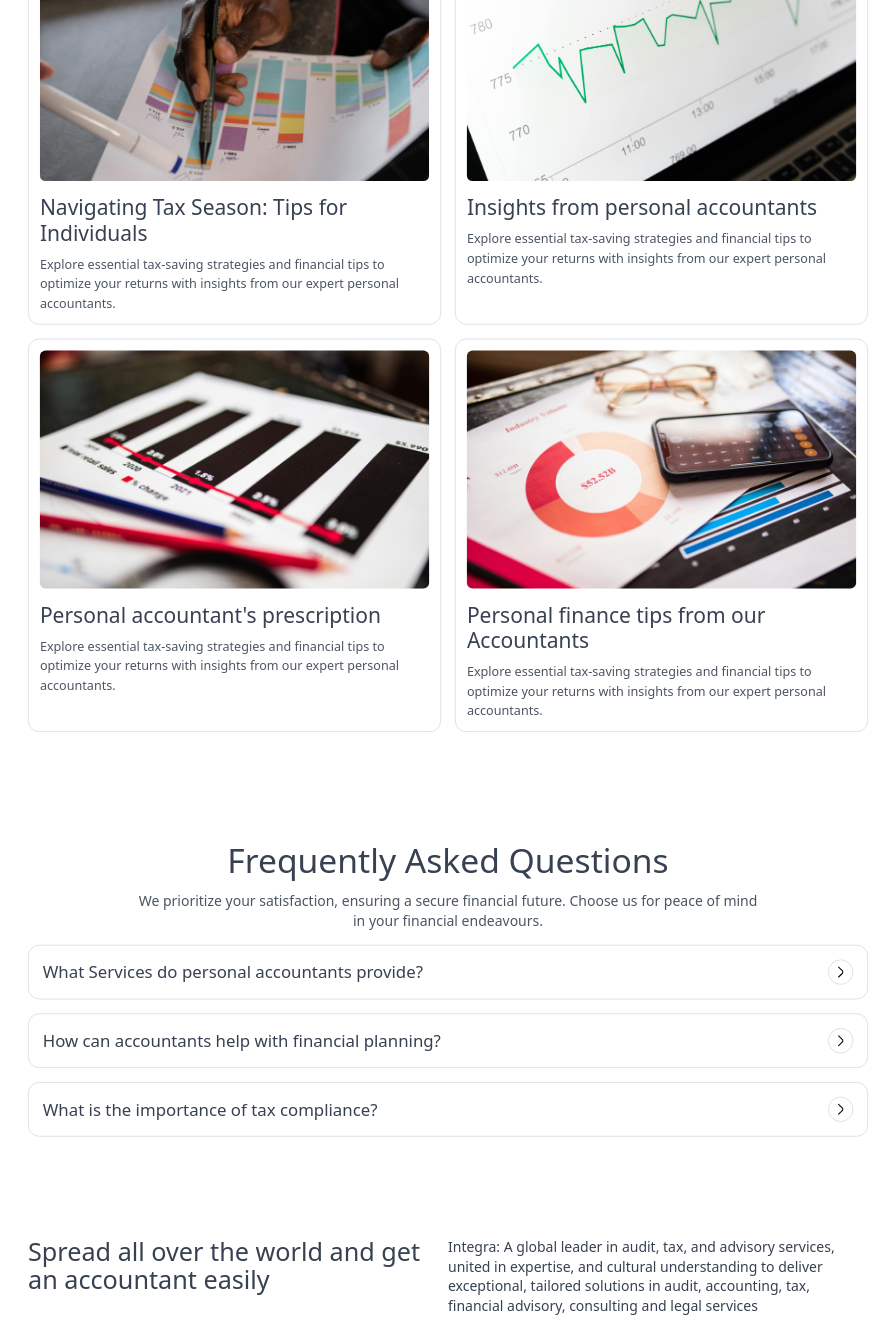
Repository: vespersolutionspk18/integrast-website
Page: /
These files come from the project's save history. The page is drawn as it stood at one moment and after the next save; the edit follows.
The browser window is 1280 px wide. The pictures show the part of the page from y = 2184 to 4104 px (the page is 4104 px tall), at 70% of full size.
The project was rebuilt for these pictures with package versions that can differ from the ones it lists, and the page was loaded fresh each time. The framework's server and built-in components were replaced by stand-ins that run in the browser. Also part of the build but not shown: next.config.ts.

Above is the page before, as saved 2024-12-12 14:41:24.

### app/layout.tsx
import type { Metadata } from "next";
import localFont from "next/font/local";
import "./globals.css";

const geistSans = localFont({
  src: "./fonts/GeistVF.woff",
  variable: "--font-geist-sans",
  weight: "100 900",
});
const geistMono = localFont({
  src: "./fonts/GeistMonoVF.woff",
  variable: "--font-geist-mono",
  weight: "100 900",
});

export const metadata: Metadata = {
  title: "Integra Strategy",
  description: "-",
};

export default function RootLayout({
  children,
}: Readonly<{
  children: React.ReactNode;
}>) {
  return (
    <html lang="en">
      <body
        className={`${geistSans.variable} ${geistMono.variable} antialiased`}
      >
        {children}
      </body>
    </html>
  );
}

### app/page.tsx
import Image from "next/image";
import Header from "./Header";
import Hero from "./Hero";
import Services from "./Services";
import Postsart from "./Postsart";
import Faqsection from "./Faqsection";
import GetinTouchSection from "./GetinTouchSection";

export default function Home() {
  return (
    <div>
      <Header />
      <Hero />
      <Services />
      <Postsart />
      <Faqsection />
      <GetinTouchSection />
    </div>
  );
}

### app/Hero.tsx
import React from 'react'
import ButtonArrowwhite from "@/public/assets/buttonarrowwhite.svg";
import ButtonArrow from "@/public/assets/buttonarrow.svg";
const Hero = () => {
  return (
    <div className="flex flex-col p-10 ">
        <div className="flex flex-row mt-24 h-[190px] gap-5 ">
            <div className="w-[55%] flex flex-col">
                <h1 className="font-light font-sans text-6xl text-gray-600">Unlock Prosperity, <span className="text-gray-800">Choose Expert Guidance</span></h1>
                <h4 className="text-xl font-sans font-light text-gray-900 mt-6">Embark on a transformative journey to financial prosperity with our personalized accountancy services</h4>
            </div>
            <div className="w-[45%] flex flex-col justify-between ">
                <h4 className="text-xl text-justify font-light font-sans text-gray-900">Unlock tailored strategies, benefit from insightful guidances, and follow a clear pathway to achieve your financial success. Elevate your financial journey with our dedicated support and expertise. Contact us today to start your journey towards financial freedom.</h4>
                <div className="flex flex-row gap-5 pt-10">
                <div>
                <div id="button"
  className="group  bg-white h-[44px] flex-row border-[1px] border-gray-700 text-gray-900 text-[16px] py-1 px-1 font-light rounded-full hidden md:flex items-center justify-between w-[170px] transition-width duration-500 ease-in-out  hover:w-[195px] hover:bg-gray-700 hover:border-gray-700 hover:text-white hover:cursor-pointer "

>
  <div className="mx-3 font-sans font-regular">Get In Touch</div>
  <div className="bg-gray-700 rounded-full h-[36px] w-[36px] flex items-center justify-center transition-transform duration-500 ease-in-out group-hover:rotate-45">
    <ButtonArrowwhite className="h-[24px] w-[24px]" />
  </div>
            </div>
                </div>
                <div>
                <div id="button"
  className="group  bg-gray-700 h-[44px] flex-row border-[1px] border-gray-700 text-white text-[16px] py-1 px-1 font-light rounded-full hidden md:flex items-center justify-between w-[170px] transition-width duration-500 ease-in-out  hover:w-[195px] hover:bg-white hover:border-gray-700 hover:text-gray-700 hover:cursor-pointer "

>
  <div className="mx-3 font-sans font-regular">Get a Quote</div>
  <div className="bg-white rounded-full h-[36px] w-[36px] flex items-center justify-center transition-transform duration-500 ease-in-out group-hover:rotate-45 group-hover:border-[1px] group-hover:border-gray-700">
    <ButtonArrow className="h-[24px] w-[24px]" />
  </div>
            </div>
                </div>

                </div>
            </div>
        </div>


        <div className="flex flex-row h-[380px] gap-4 mt-16">
            <div className="w-[70%] transition-all duration-500 ease-in-out hover:w-[90%] rounded-2xl bg-cover bg-center" style={{backgroundImage: `url('/assets/heroimage3.jpg')`}}></div>
            <div className="w-[30%] transition-all duration-500 ease-in-out hover:w-[40%] flex flex-col justify-between ">
                <div className="w-full h-full rounded-2xl bg-cover bg-center" style={{backgroundImage: `url('/assets/heroimage4.jpg')`}}></div>
                <h5 className="font-sans text-gray-900 text-justify text-xl mt-3  font-light">Tailored solutions, expert guidance, and strategic planning to secure your wealth and achieve your financial goals seamlessly</h5>
            </div>
        </div>
    </div>
  )
}

export default Hero

### app/Services.tsx
import React from 'react'
import ButtonArrowwhite from "@/public/assets/buttonarrowwhite.svg";
import ButtonArrow from "@/public/assets/buttonarrow.svg";
const Services = () => {
  return (
    <div className="flex flex-col p-10 mt-16 items-center ">
        <div className="flex flex-row items-start justify-start ">
            <div className="w-1/2 font-sans font-light text-5xl text-gray-700">We collaborate across diverse industry landscapes</div>
            <div className="w-1/2 font-sans text-gray-900 text-justify text-xl  font-light">Our commitment to fostering dynamic collaboration allows to navigate the unique challenges and intricacies of various sectors. Our versatile approach ensures tailored solutions that resonate with the distinct needs of each industry.</div>
        </div>
        <div className="flex flex-row gap-5 mt-16">
            <div className="rounded-2xl w-1/3 h-[540px] bg-cover bg-center flex items-end  " style={{backgroundImage: `url('/assets/audit.jpg')`}}>
            <div className="group">
  <div className="bg-white m-4  rounded-[12px] flex flex-col relative transition-all duration-500 ease-in-out hover:pb-[120px] min-h-[180px]">
    <h5 className="ml-5 mt-5 mr-5 mb-5 font-sans text-3xl text-gray-700 font-light">
      Accounting & Finance
    </h5>
    <p className="ml-5 mr-5 mb-5 text-justify font-sans font-light text-xl text-gray-600">
      We are committed to serving the public interest by providing objective assurance over data on which investors rely.
    </p>
    {/* Hidden div */}
    <div className="absolute bottom-5 left-5 text-xl font-sans font-light  text-gray-600 px-4 py-2 rounded-md opacity-0 invisible transition-all duration-500 group-hover:opacity-100 group-hover:visible hover:text-black hover:cursor-pointer  hover:underline">
      Learn More
    </div>
  </div>
</div>

</div>
            <div className="rounded-2xl w-1/3 h-[540px] bg-cover bg-center flex items-end" style={{backgroundImage: `url('/assets/tax.jpg')`}}>
            <div className="group">
  <div className="bg-white m-4  rounded-[12px] flex flex-col relative transition-all duration-500 ease-in-out hover:pb-[120px] min-h-[180px]">
    <h5 className="ml-5 mt-5 mr-5 mb-5 font-sans text-3xl text-gray-700 font-light">
      Tax & Legal
    </h5>
    <p className="ml-5 mr-5 mb-5 text-justify font-sans font-light text-xl text-gray-600">
      We are committed to serving the public interest by providing objective assurance over data on which investors rely.
    </p>
    {/* Hidden div */}
    <div className="absolute bottom-5 left-5 text-xl font-sans font-light  text-gray-600 px-4 py-2 rounded-md opacity-0 invisible transition-all duration-500 group-hover:opacity-100 group-hover:visible hover:text-black hover:cursor-pointer  hover:underline">
      Learn More
    </div>
  </div>
</div>
</div>
            <div className="rounded-2xl w-1/3 h-[540px] bg-cover bg-center flex items-end" style={{backgroundImage: `url('/assets/tech.jpg')`}}>
            <div className="group">
  <div className="bg-white m-4  rounded-[12px] flex flex-col relative transition-all duration-500 ease-in-out hover:pb-[120px] min-h-[180px]">
    <h5 className="ml-5 mt-5 mr-5 mb-5 font-sans text-3xl text-gray-700 font-light">
      Technology & IT
    </h5>
    <p className="ml-5 mr-5 mb-5 text-justify font-sans font-light text-xl text-gray-600">
      We are committed to serving the public interest by providing objective assurance over data on which investors rely.
    </p>
    {/* Hidden div */}
    <div className="absolute bottom-5 left-5 text-xl font-sans font-light  text-gray-600 px-4 py-2 rounded-md opacity-0 invisible transition-all duration-500 group-hover:opacity-100 group-hover:visible hover:text-black hover:cursor-pointer  hover:underline">
      Learn More
    </div>
  </div>
</div>
</div>
        </div>
        <div className="mt-8">
                <div id="button"
  className="group  bg-white h-[44px] flex-row border-[1px] border-gray-700 text-gray-900 text-[16px] py-1 px-1 font-light rounded-full hidden md:flex items-center justify-between w-[190px] transition-width duration-500 ease-in-out hover:cursor-pointer  hover:w-[215px] hover:bg-gray-700 hover:border-gray-700 hover:text-white "

>
  <div className="mx-3 font-sans font-regular">View all Services</div>
  <div className="bg-gray-700 rounded-full h-[36px] w-[36px] flex items-center justify-center transition-transform duration-500 ease-in-out group-hover:rotate-45">
    <ButtonArrowwhite className="h-[24px] w-[24px]" />
  </div>
            </div>
                </div>
    </div>
  )
}

export default Services

### app/Postsart.tsx
import React from 'react'

const Postsart = () => {
  return (
    <div className="w-full flex flex-col p-10 items-center mt-20">
        <h2 className="text-5xl font-sans text-gray-700 font-light">Posts & Articles</h2>
        <p className="font-sans text-xl text-gray-800 font-light text-center mt-5">Stay up-to-date and enahnce your financial literacy with our engaging and informative<br></br>content your key to achieving financial success</p>
        <div className="flex flex-row mt-10 gap-5 w-full">
            <div className="hover:border-black hover:cursor-pointer flex flex-col rounded-2xl w-1/2  border-[1px] p-4 border-gray-300">
            <div className="w-full h-[340px] rounded-[8px] bg-cover bg-center" style={{backgroundImage: `url('/assets/post1.jpg')`}}></div>
            <h5 className="font-sans font-light text-3xl mt-5 text-gray-700">Navigating Tax Season: Tips for Individuals</h5>
            <p className="font-sans font-light text-gray-600 text-lg mt-3">Explore essential tax-saving strategies and financial tips to optimize your returns with insights from our expert personal accountants.</p>
            </div>
            <div className="hover:border-black hover:cursor-pointer flex flex-col rounded-2xl w-1/2  border-[1px] p-4 border-gray-300">
            <div className="w-full h-[340px] rounded-[8px] bg-cover bg-center" style={{backgroundImage: `url('/assets/post2.jpg')`}}></div>
            <h5 className="font-sans font-light text-3xl mt-5 text-gray-700">Insights from personal accountants</h5>
            <p className="font-sans font-light text-gray-600 text-lg mt-3">Explore essential tax-saving strategies and financial tips to optimize your returns with insights from our expert personal accountants.</p>
            </div>
        </div>
        <div className=" flex flex-row mt-5 gap-5 w-full">
            <div className="hover:border-black hover:cursor-pointer flex flex-col rounded-2xl w-1/2  border-[1px] p-4 border-gray-300">
            <div className="w-full h-[340px] rounded-[8px] bg-cover bg-center" style={{backgroundImage: `url('/assets/post3.jpg')`}}></div>
            <h5 className="font-sans font-light text-3xl mt-5 text-gray-700">Personal accountant's prescription</h5>
            <p className="font-sans font-light text-gray-600 text-lg mt-3">Explore essential tax-saving strategies and financial tips to optimize your returns with insights from our expert personal accountants.</p>
            </div>
            <div className="hover:border-black hover:cursor-pointer flex flex-col rounded-2xl w-1/2  border-[1px] p-4 border-gray-300">
            <div className="w-full h-[340px] rounded-[8px] bg-cover bg-center" style={{backgroundImage: `url('/assets/post4.jpg')`}}></div>
            <h5 className="font-sans font-light text-3xl mt-5 text-gray-700">Personal finance tips from our Accountants</h5>
            <p className="font-sans font-light text-gray-600 text-lg mt-3">Explore essential tax-saving strategies and financial tips to optimize your returns with insights from our expert personal accountants.</p>
            </div>
        </div>
    </div>
  )
}

export default Postsart

### app/Faqsection.tsx
"use client";
import React, { useState } from "react";
import ButtonRight from "@/public/assets/right.svg";

const Faqsection = () => {
  // Array of FAQs
  const faqs = [
    {
      question: "What Services do personal accountants provide?",
      answer:
        "Personal accountants provide a variety of services, including tax preparation, financial planning, and investment advice. They also help manage budgets, track expenses, and ensure compliance with financial regulations.",
    },
    {
      question: "How can accountants help with financial planning?",
      answer:
        "Accountants assist in creating budgets, managing investments, and developing long-term financial strategies tailored to individual needs.",
    },
    {
      question: "What is the importance of tax compliance?",
      answer:
        "Tax compliance ensures that individuals and businesses meet their legal obligations, avoiding penalties and fostering financial stability.",
    },
  ];

  // State to track which FAQ is expanded
  const [expandedIndex, setExpandedIndex] = useState(null);

  // Toggle function
  const toggleSection = (index) => {
    setExpandedIndex((prevIndex) => (prevIndex === index ? null : index));
  };

  return (
    <div className="flex flex-col p-10 items-center mt-20">
      <h2 className="font-sans font-light text-5xl text-gray-700">
        Frequently Asked Questions
      </h2>
      <p className="font-sans mt-5 font-light text-xl text-gray-600 text-center">
        We prioritize your satisfaction, ensuring a secure financial future.
        Choose us for peace of mind
        <br />
        in your financial endeavours.
      </p>
      <div className="w-full flex flex-col gap-5 mt-5">
        {faqs.map((faq, index) => (
          <div
            key={index}
            className={`border-[1px] ${
              expandedIndex === index ? "border-gray-500" : "border-gray-300"
            } rounded-2xl p-5 flex flex-col transition-all duration-500`}
          >
            <div
              onClick={() => toggleSection(index)}
              className="flex flex-row justify-between items-center cursor-pointer"
            >
              <h5 className="font-sans font-light text-2xl text-gray-700">
                {faq.question}
              </h5>
              <div
                className={`bg-white border-[1px] border-gray-300 rounded-full h-[36px] w-[36px] flex items-center justify-center transition-transform duration-500 ease-in-out ${
                  expandedIndex === index ? "rotate-90" : "rotate-0, "
                }`}
              >
                <ButtonRight className="h-[24px] w-[24px]" />
              </div>
            </div>
            {/* Expandable content */}
            <div
              className={`overflow-hidden transition-all duration-500 ease-in-out ${
                expandedIndex === index ? "max-h-[200px] mt-5" : "max-h-0"
              }`}
            >
              <p className="text-gray-600 font-sans font-light text-lg">{faq.answer}</p>
            </div>
          </div>
        ))}
      </div>
    </div>
  );
};

export default Faqsection;

### app/GetinTouchSection.tsx
import React from 'react'

const GetinTouchSection = () => {
  return (
    <div className="mt-16">
        <div className="flex flex-row p-10 ">
        <div className="w-1/2 font-sans font-light text-gray-700 text-4xl">
        <b>Spread all over the world</b> and get an accountant easily
        </div>
        <div className="w-1/2 flex flex-col">
        <p className="font-light text-xl text-gray-700 font-sans">
            Integra: A global leader in audit, tax, and advisory services, united in expertise, and cultural understanding to deliver exceptional, tailored solutions in audit, accounting, tax, financial advisory, consulting and legal services
        </p>
        </div>
    </div>
    </div>
  )
}

export default GetinTouchSection

Loaded but not shown: app/globals.css (common file); app/Header.tsx (common file); tailwind.config.ts (common file)

After the next save:
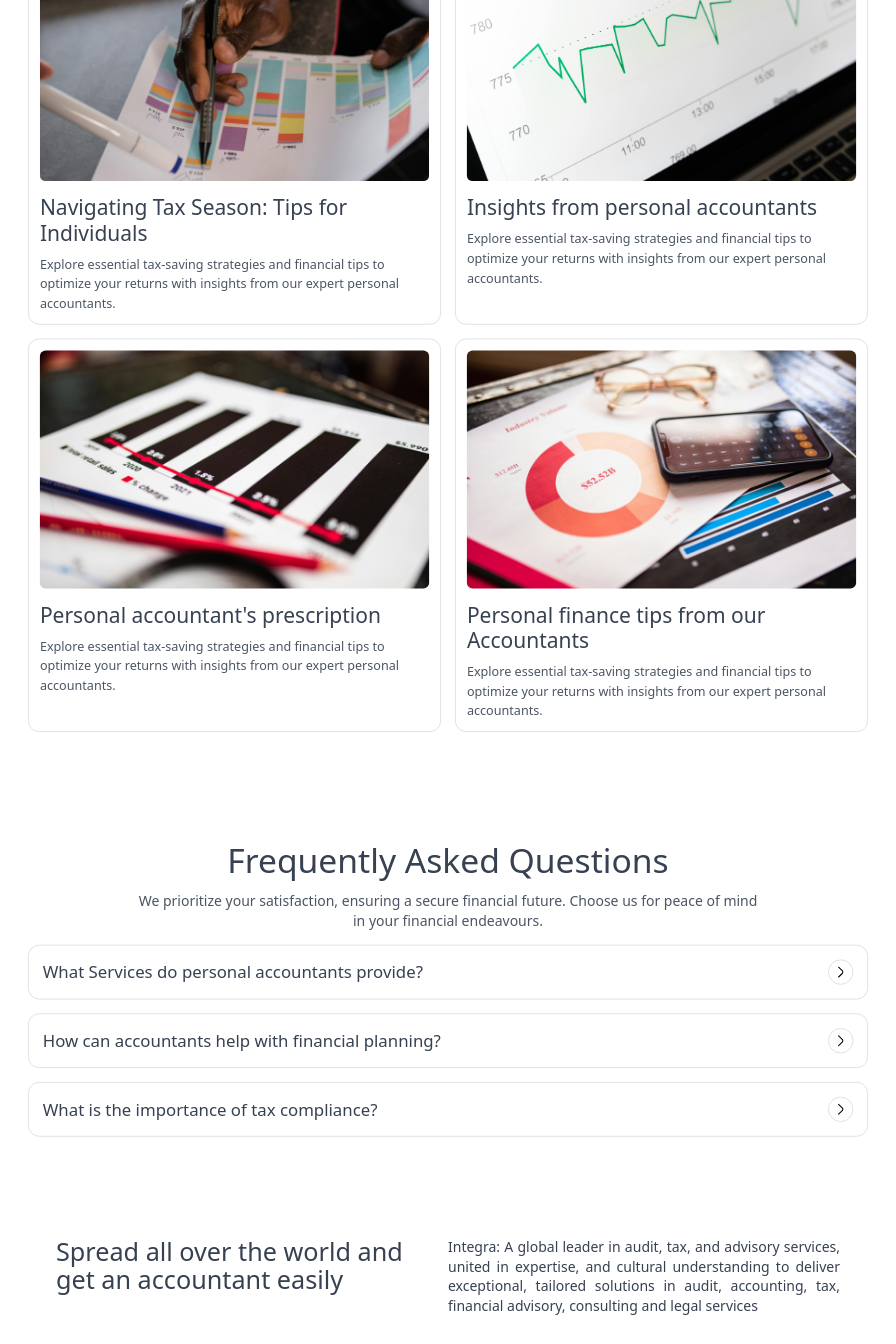
Saved 17 s later.
--- a/app/GetinTouchSection.tsx
+++ b/app/GetinTouchSection.tsx
@@ -4,11 +4,11 @@ const GetinTouchSection = () => {
   return (
     <div className="mt-16">
         <div className="flex flex-row p-10 ">
-        <div className="w-1/2 font-sans font-light text-gray-700 text-4xl">
+        <div className="ml-10 w-1/2 font-sans font-light text-gray-700 text-4xl">
         <b>Spread all over the world</b> and get an accountant easily
         </div>
-        <div className="w-1/2 flex flex-col">
-        <p className="font-light text-xl text-gray-700 font-sans">
+        <div className="mr-10 w-1/2 flex flex-col">
+        <p className="font-light text-xl text-gray-700 font-sans text-justify">
             Integra: A global leader in audit, tax, and advisory services, united in expertise, and cultural understanding to deliver exceptional, tailored solutions in audit, accounting, tax, financial advisory, consulting and legal services
         </p>
         </div>
